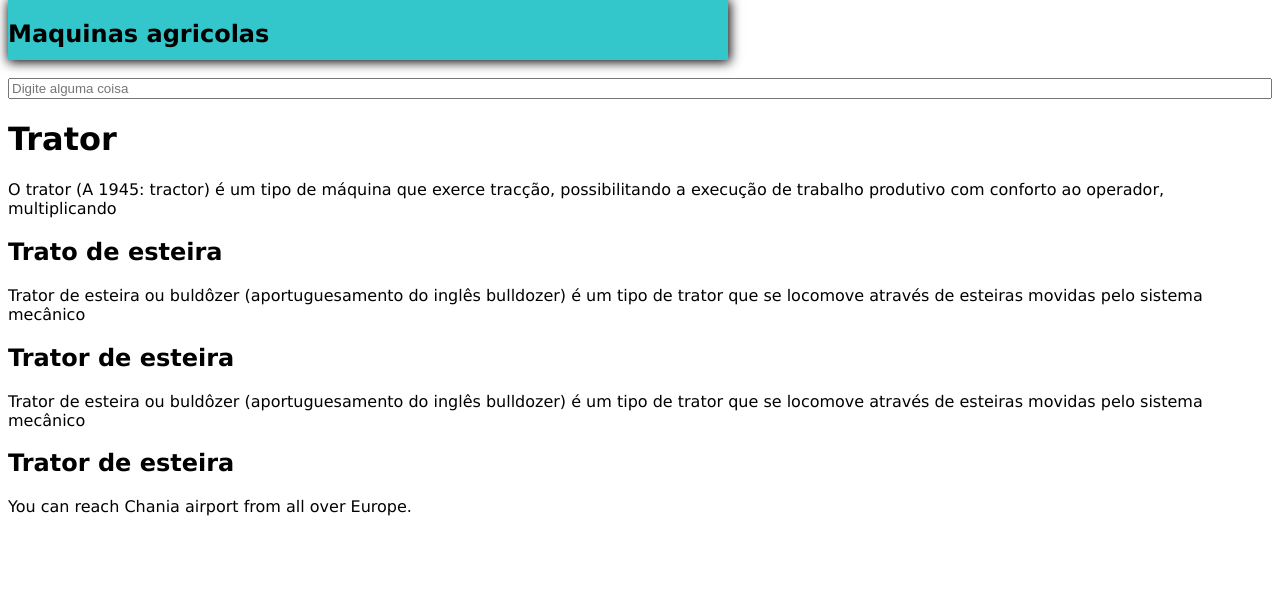
Repository: ecrseer/pesquisa-carros-html
Page: news.html
These files come from the project's save history. The page is drawn as it stood at one moment and after a run of saves; the edit follows.
The browser window is 1280 px wide. The pictures show the whole page.

Above is the page before, as saved 2022-01-21 16:30:13.

After the next 2 saves:
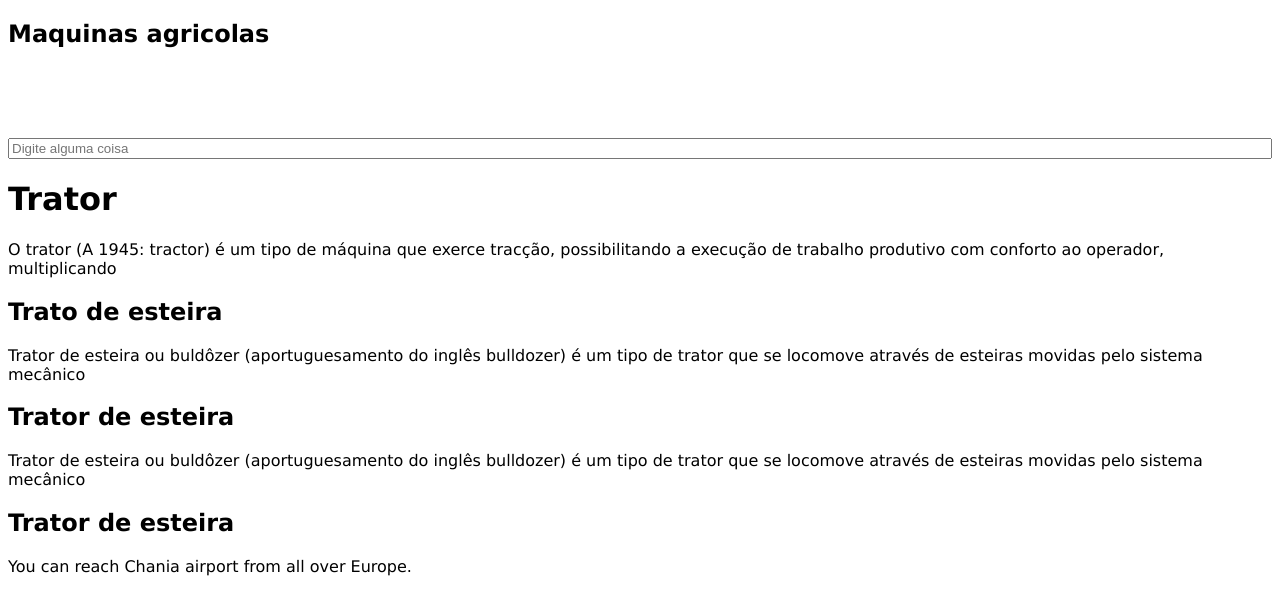
The 2 saves are shown as one change because they came seconds apart.
The last was saved 13 s later.
--- a/news.css
+++ b/news.css
@@ -12,6 +12,7 @@
   .maxwidth{
     width: 100%;
   }
+  .borda
 
   .header {
     background-color: #33c7cc;

After the save that followed:
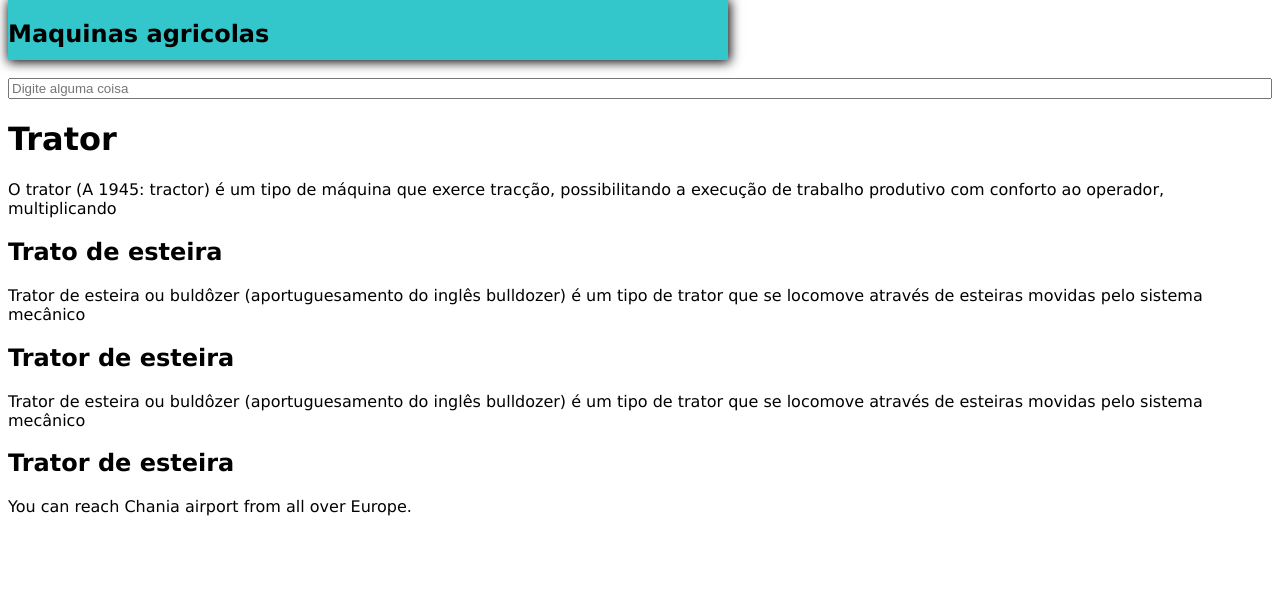
Saved 5 s later.
--- a/news.css
+++ b/news.css
@@ -12,7 +12,9 @@
   .maxwidth{
     width: 100%;
   }
-  .borda
+  .borda-redonda{
+
+  }
 
   .header {
     background-color: #33c7cc;
